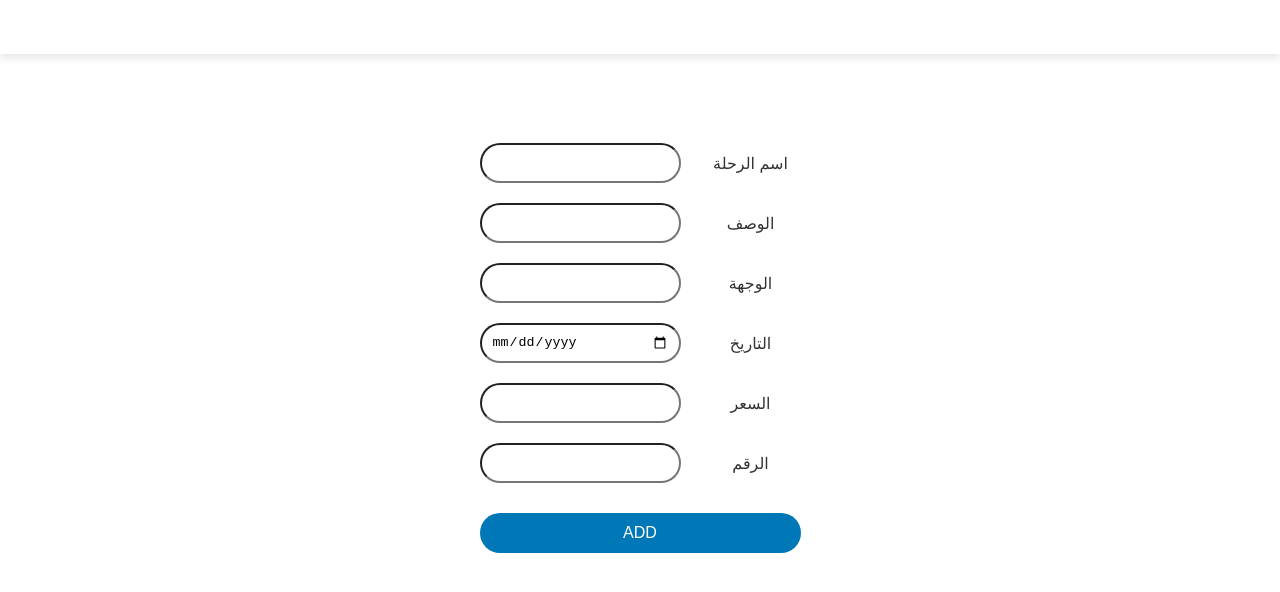
Repository: Yassin-Boushi/Safer
Page: http://localhost/add_flight
The author's editor kept a copy of each file at every save. The page is drawn from the files as they stood at one save, then again after the next save.
The browser window is 1280 px wide. The pictures show the whole page.
The page is served by the project's Laravel application, run on PHP 8.4 with Laravel 9.

Above is the page before, as saved 2025-01-30 14:38:10.

After the next save:
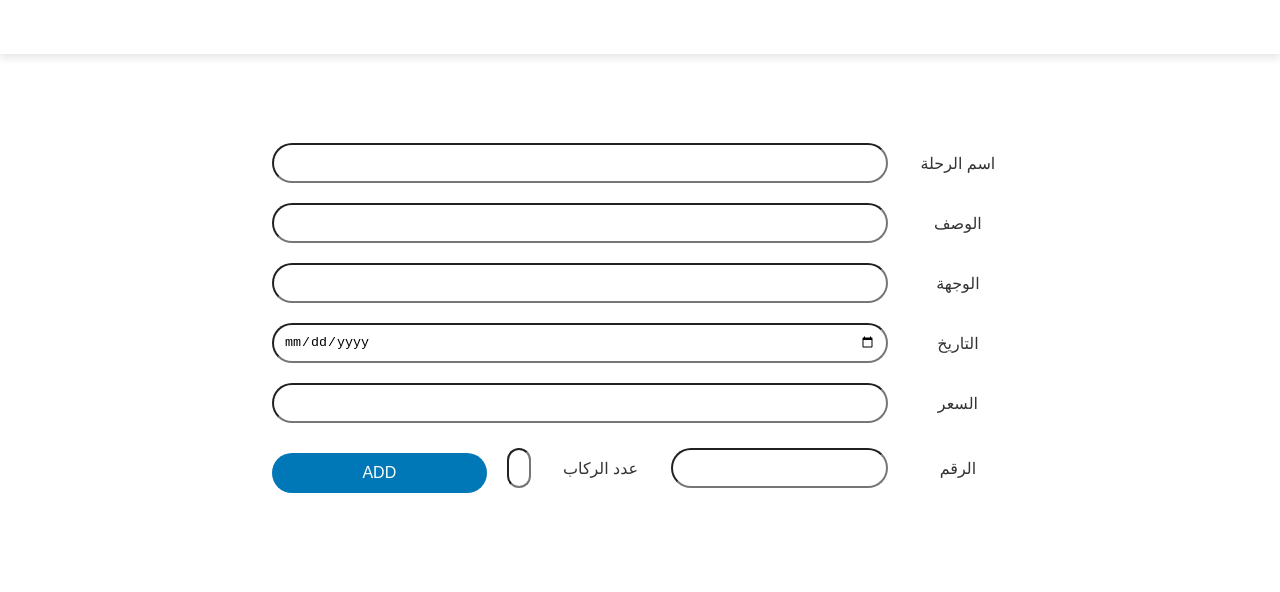
Saved 39 s later.
--- a/resources/views/flight/add.blade.php
+++ b/resources/views/flight/add.blade.php
@@ -36,6 +36,10 @@
     <label for="number">
         الرقم
     </label> <input class="" type="number" name="number" placeholder="" />
+<div>
+    <label for="number">
+        عدد الركاب
+    </label> <input class="" type="number" name="all_rider_numbers" placeholder="" />
 
 </div>
 
